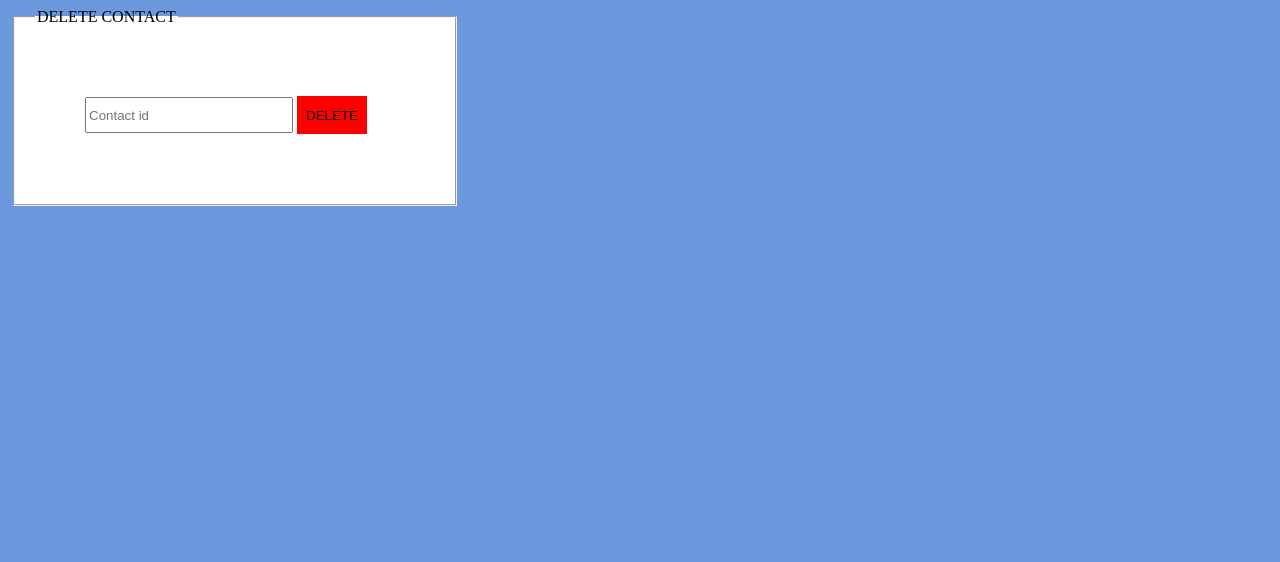
Repository: Nihara-R/Vehicle-Insurance-Portal
Page: http://localhost/delete_contact.php
These files come from the project's save history. The page is drawn as it stood at one moment and after the next save; the edit follows.
The browser window is 1280 px wide. The pictures show the whole page.
The page is run by PHP 8.4 with error messages shown; the project is at /var/www/html/.

Above is the page before, as saved 2023-06-29 09:11:54.

After the next save:
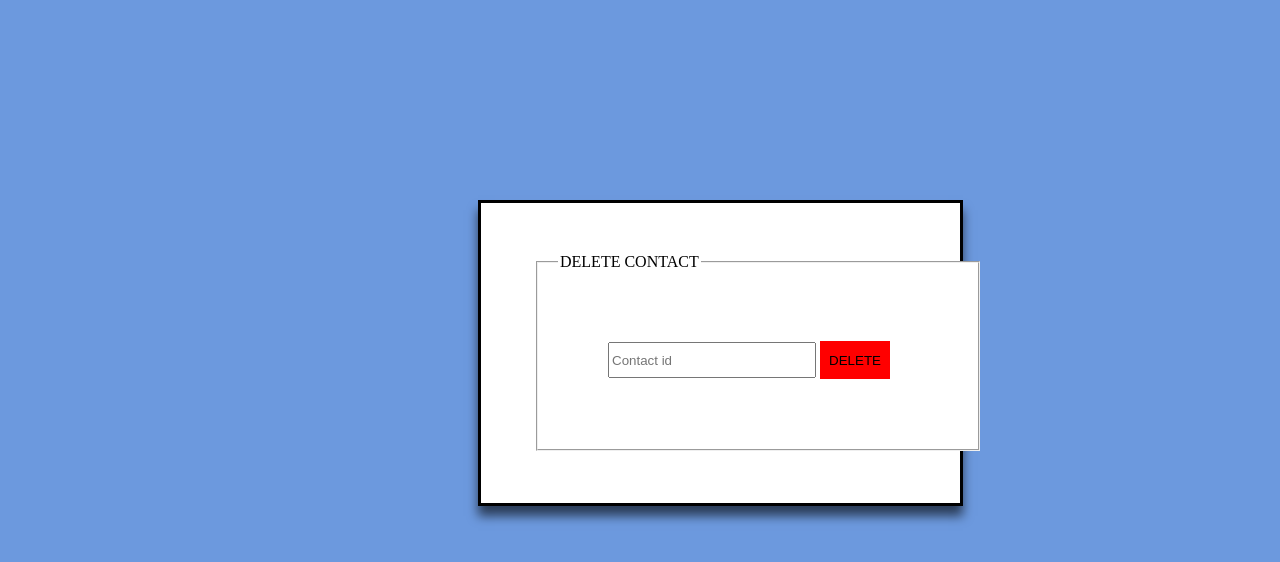
Saved 27 s later.
--- a/delete_contact.php
+++ b/delete_contact.php
@@ -6,6 +6,7 @@
     <link rel="stylesheet" href="css/deletuser.css">
   </head>
   <body>
+  <div class="formbox">
     <fieldset>
 <legend>DELETE CONTACT</legend>
 
@@ -14,7 +15,7 @@
       <input type="text" name="id" value="" placeholder="Contact id" class="textbox">
 
       <input type="submit" name="submit" value="DELETE" class="button">
-
+</div>
 </fieldset>
     </form>
 
